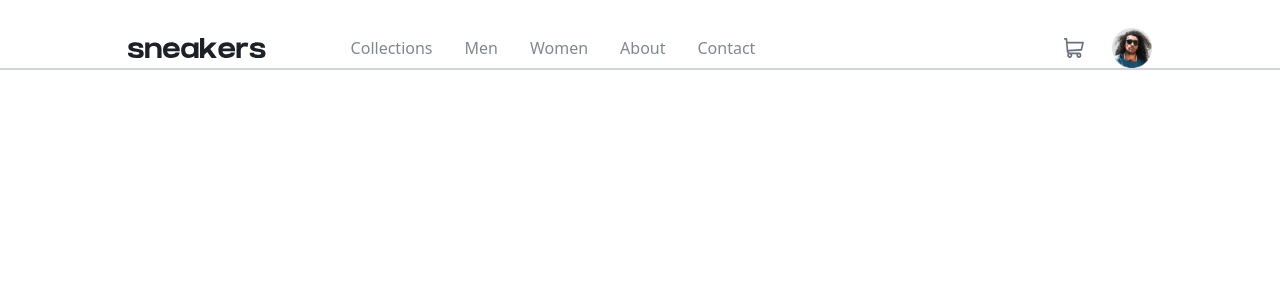
Repository: Sef24/product-design-sneakers
Page: /
The author's editor kept a copy of each file at every save. The page is drawn from the files as they stood at one save, then again after the next save.
The browser window is 1280 px wide. The pictures show the whole page.
The project was rebuilt for these pictures with package versions that can differ from the ones it lists, and the page was loaded fresh each time.

Above is the page before, as saved 2022-06-11 21:28:22.

After the next save:
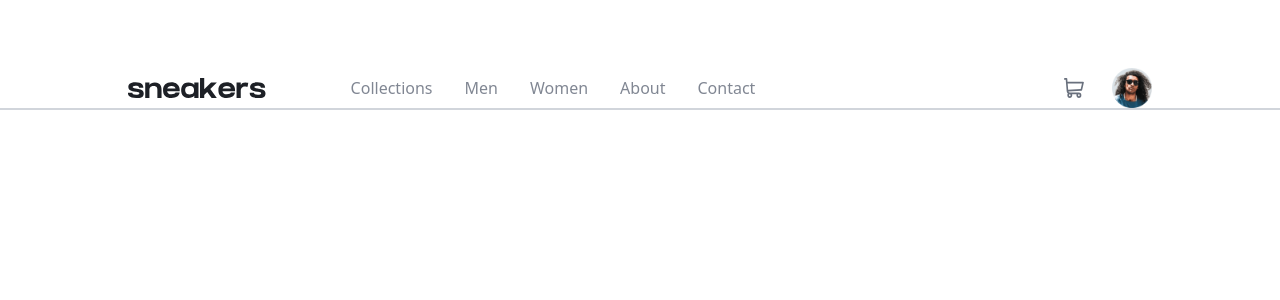
Saved 8 s later.
--- a/src/components/Nav.js
+++ b/src/components/Nav.js
@@ -5,7 +5,7 @@
 
 function Nav() {
   return (
-    <main className=" border-b-2 border-gray-300">
+    <main className=" border-b-2 border-gray-300 mt-10">
       <section className="flex items-center justify-between mx-32 pt-7 ">
         <div>
           <img src={logo} alt="" className="h-5" />

After the save that followed:
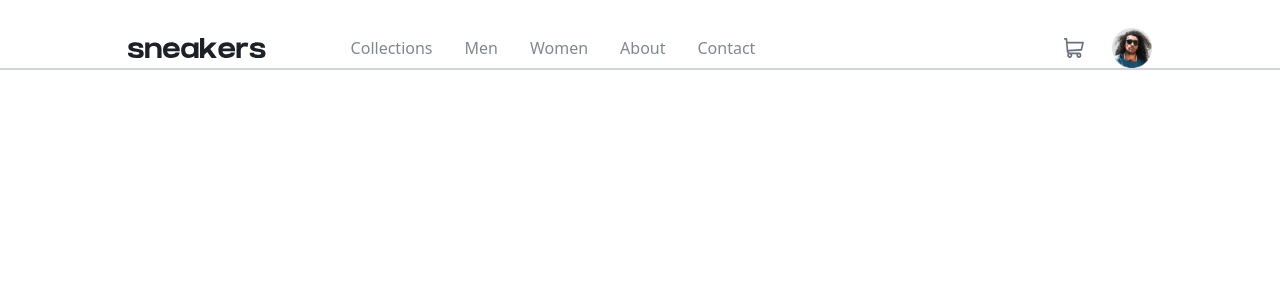
Saved 5 s later.
--- a/src/components/Nav.js
+++ b/src/components/Nav.js
@@ -5,7 +5,7 @@
 
 function Nav() {
   return (
-    <main className=" border-b-2 border-gray-300 mt-10">
+    <main className=" border-b-2 border-gray-300 ">
       <section className="flex items-center justify-between mx-32 pt-7 ">
         <div>
           <img src={logo} alt="" className="h-5" />
